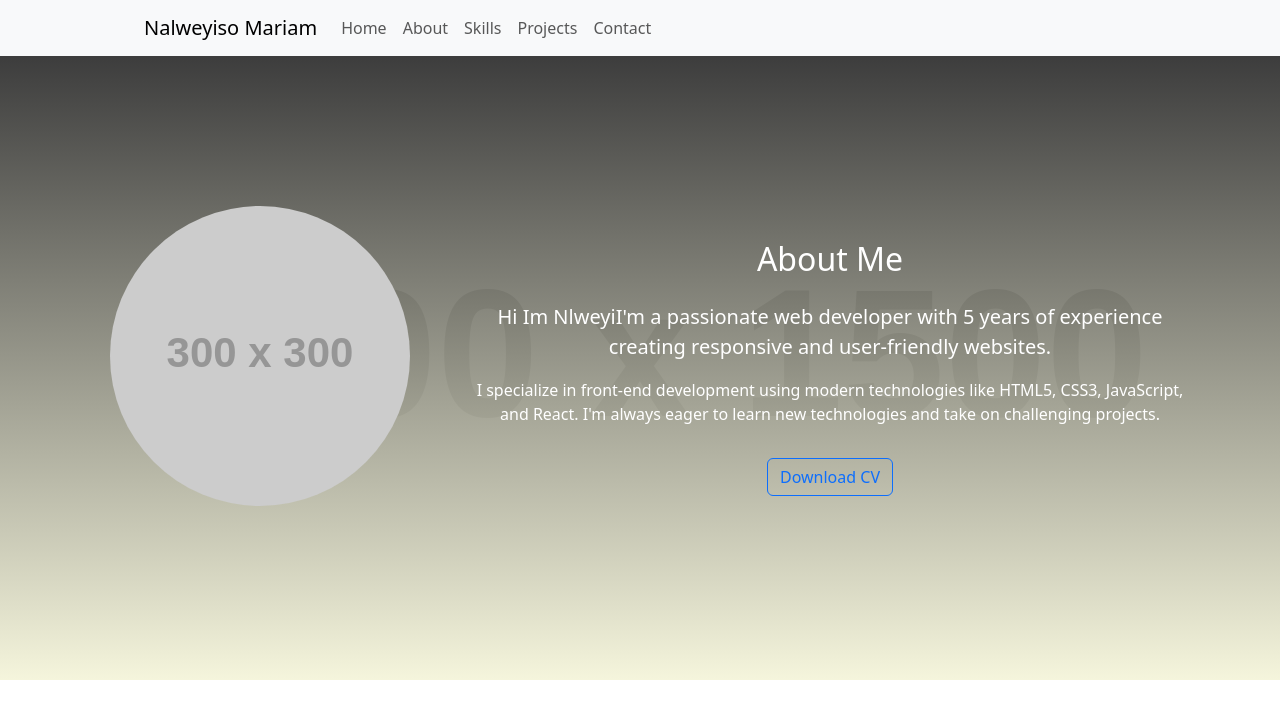
Repository: NalweMari/My-Personal-Portfolio
Page: index.html
These files come from the project's save history. The page is drawn as it stood at one moment and after a run of saves; the edit follows.
The browser window is 1280 px wide. The pictures show the whole page.

Above is the page before, as saved 2025-11-27 12:43:36.
Console error (its wording comes from the project's code and is left out).

After the next 5 saves:
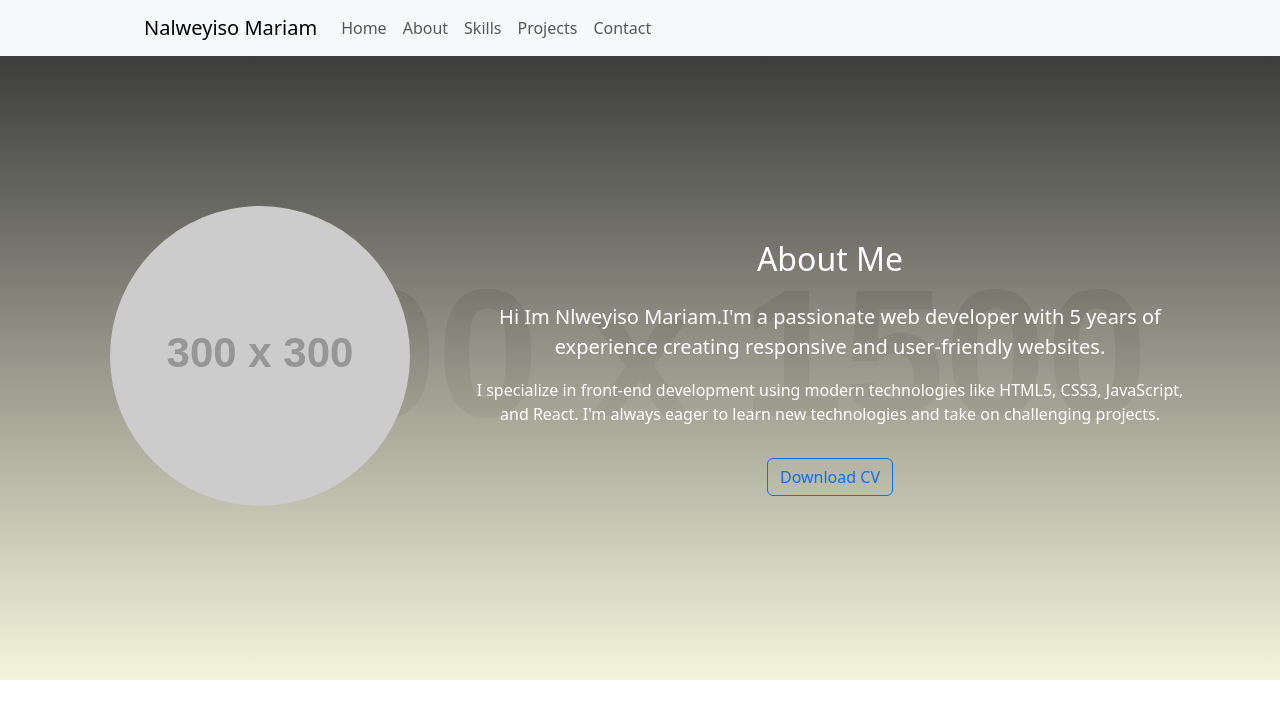
The 5 saves are shown as one change because they came seconds apart.
The last was saved 14 s later.
--- a/index.html
+++ b/index.html
@@ -52,7 +52,7 @@
                 </div>
                 <div class="col-md-8">
                     <h2 class="mb-4">About Me</h2>
-                    <p class="lead">Hi Im NlweyiI'm a passionate web developer with 5 years of experience creating responsive and user-friendly websites.</p>
+                    <p class="lead">Hi Im Nlweyiso Mariam.I'm a passionate web developer with 5 years of experience creating responsive and user-friendly websites.</p>
                     <p>I specialize in front-end development using modern technologies like HTML5, CSS3, JavaScript, and React. I'm always eager to learn new technologies and take on challenging projects.</p>
                     <a href="#" class="btn btn-outline-primary mt-3">Download CV</a>
                 </div>
